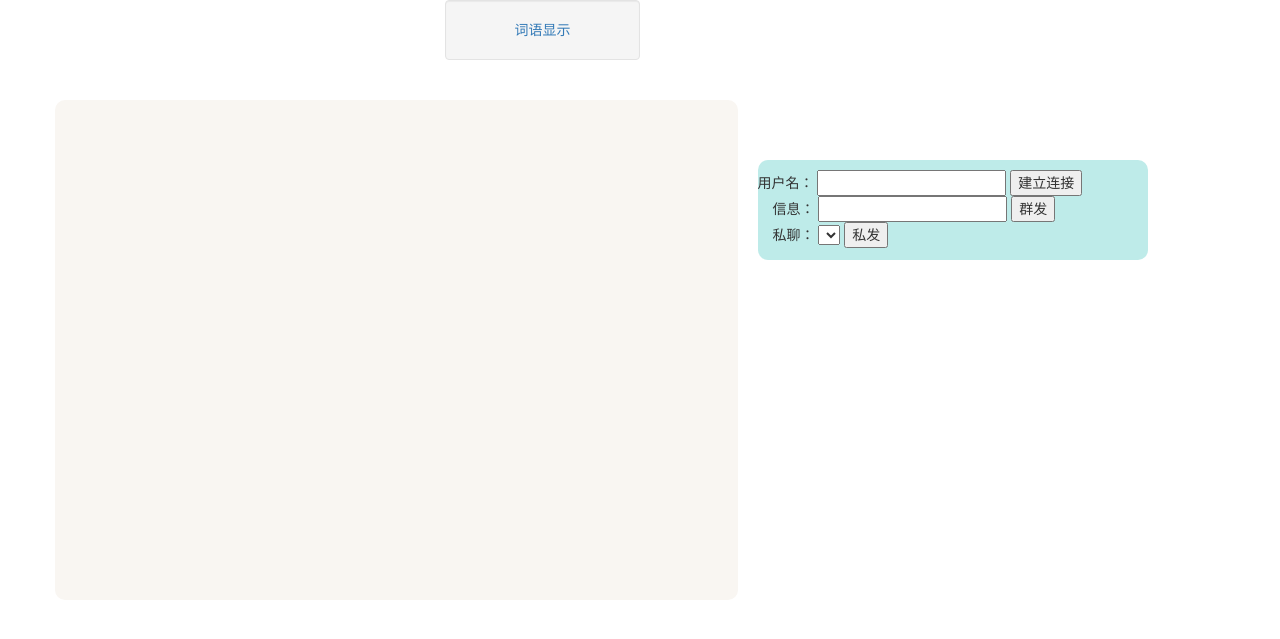
Repository: eheihaha2/whoisthespy-
Page: webDemo/WebContent/room.html
An editor plug-in stored every save of this project. The page is shown before and after the next save, followed by the edit.
The browser window is 1280 px wide. The pictures show the whole page.

Above is the page before, as saved 2020-02-26 01:57:32.

After the next save:
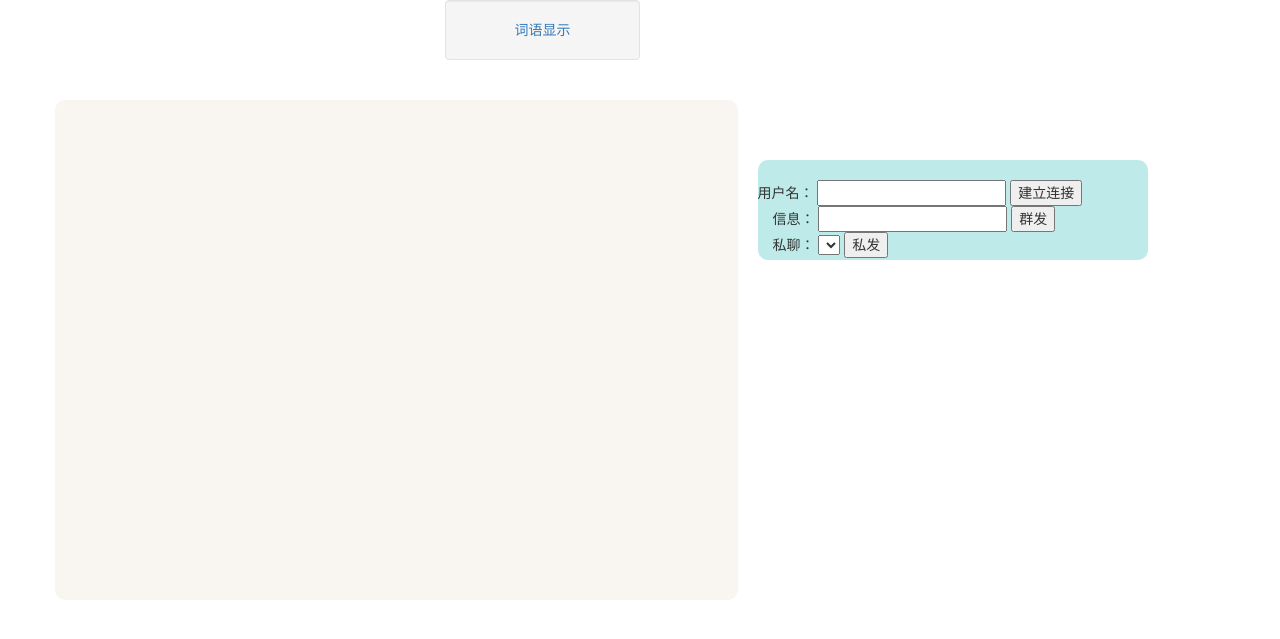
Saved 17 s later.
--- a/webDemo/WebContent/room.html
+++ b/webDemo/WebContent/room.html
@@ -13,7 +13,7 @@
 			border-radius: 10px;
 		}
 		.mss{
-			padding-top:10px;
+			padding-top:20px;
 			background-color:#beebe9;
 			height:100px;
 			margin-left:20px;;
